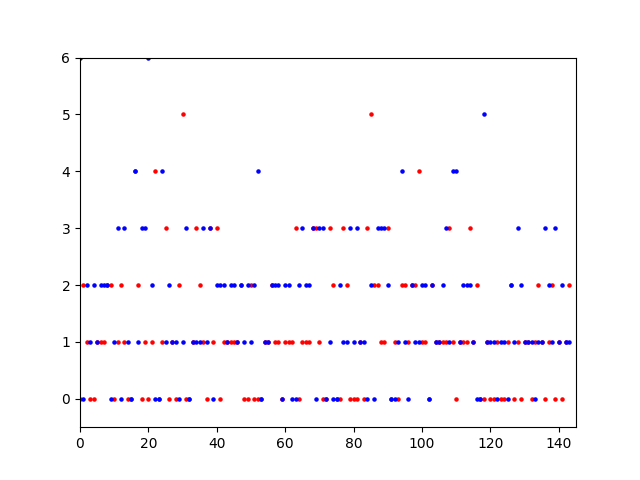
Repository: nelsonalexandrino/python_matplotlib_datavisualization_
Script's output: python LineAndScatterSplots.py
An editor plug-in stored every save of this project. The script's output is shown before and after the next save, followed by the edit.
Each picture stacks the figures in order, with grey between them; figures that are only written to a file come last. Random numbers start from a fixed seed.

Above is the script's output before, as saved 2019-08-25 10:33:20.

### LineAndScatterSplots.py
import matplotlib.pyplot as pyplot

with open('Goals.txt', 'r') as file:
    HomeTeamGoals = [int(x) for x in file.readline().strip(
        '\n').strip(' ').split(' ')]
    AwayTeamGoals = [int(x) for x in file.readline().strip(
        '\n').strip(' ').split(' ')]

xAxis = []
for i in range(len(HomeTeamGoals)):
    xAxis.append(i)

#pyplot.plot(xAxis, AwayTeamGoals, c='red')
pyplot.scatter(xAxis, AwayTeamGoals, c='red', s=5)
pyplot.scatter(xAxis, HomeTeamGoals, c='blue', s=5)
pyplot.xlim(0, 145)
pyplot.ylim(-0.5, 6)
pyplot.show()

### Goals.txt
6 0 2 1 2 1 2 2 2 0 1 3 0 3 1 0 4 1 3 3 6 2 0 0 4 1 2 1 1 0 1 3 0 1 1 1 3 1 3 0 2 2 2 1 2 2 1 2 1 2 1 2 4 0 1 1 2 2 2 0 2 2 0 0 2 3 2 2 3 0 3 3 0 1 0 0 2 1 1 3 1 3 1 1 0 2 0 3 3 3 2 0 0 1 4 1 0 2 1 1 2 2 0 2 1 1 2 3 1 4 4 1 2 2 2 1 0 0 5 1 1 1 0 1 1 0 2 1 3 2 1 1 1 0 1 1 3 2 1 3 1 2 1 1
0 2 1 0 0 1 1 1 2 2 0 1 2 1 0 0 4 2 0 1 0 1 4 0 1 3 0 1 0 2 5 0 0 1 3 2 1 0 3 1 3 0 1 1 1 1 1 2 0 0 2 0 0 0 1 1 2 1 1 0 1 1 1 3 0 1 1 1 3 3 1 0 0 3 2 0 0 3 2 0 0 0 1 0 3 5 2 2 1 1 3 0 1 0 2 2 1 2 2 4 1 1 0 2 1 1 1 1 3 1 0 1 1 1 3 1 2 0 0 1 0 0 1 0 0 1 2 0 1 0 1 1 0 1 2 1 0 1 2 0 1 0 1 2

After the next save:
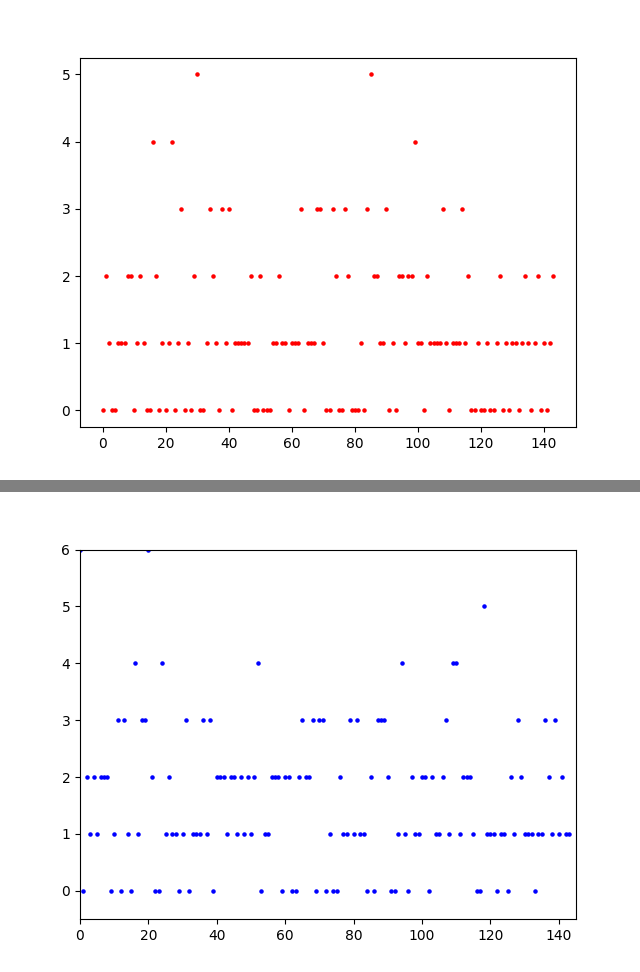
Saved 70 min 1 s later.
--- a/LineAndScatterSplots.py
+++ b/LineAndScatterSplots.py
@@ -12,6 +12,7 @@
 
 #pyplot.plot(xAxis, AwayTeamGoals, c='red')
 pyplot.scatter(xAxis, AwayTeamGoals, c='red', s=5)
+pyplot.show()
 pyplot.scatter(xAxis, HomeTeamGoals, c='blue', s=5)
 pyplot.xlim(0, 145)
 pyplot.ylim(-0.5, 6)

After the save that followed:
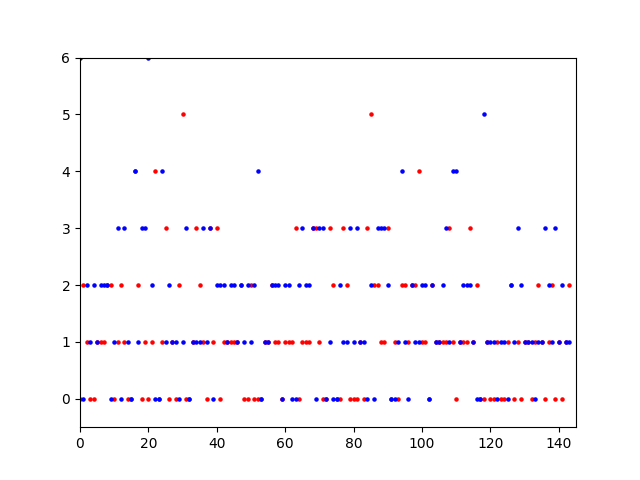
Saved 40 s later.
--- a/LineAndScatterSplots.py
+++ b/LineAndScatterSplots.py
@@ -12,7 +12,6 @@
 
 #pyplot.plot(xAxis, AwayTeamGoals, c='red')
 pyplot.scatter(xAxis, AwayTeamGoals, c='red', s=5)
-pyplot.show()
 pyplot.scatter(xAxis, HomeTeamGoals, c='blue', s=5)
 pyplot.xlim(0, 145)
 pyplot.ylim(-0.5, 6)
